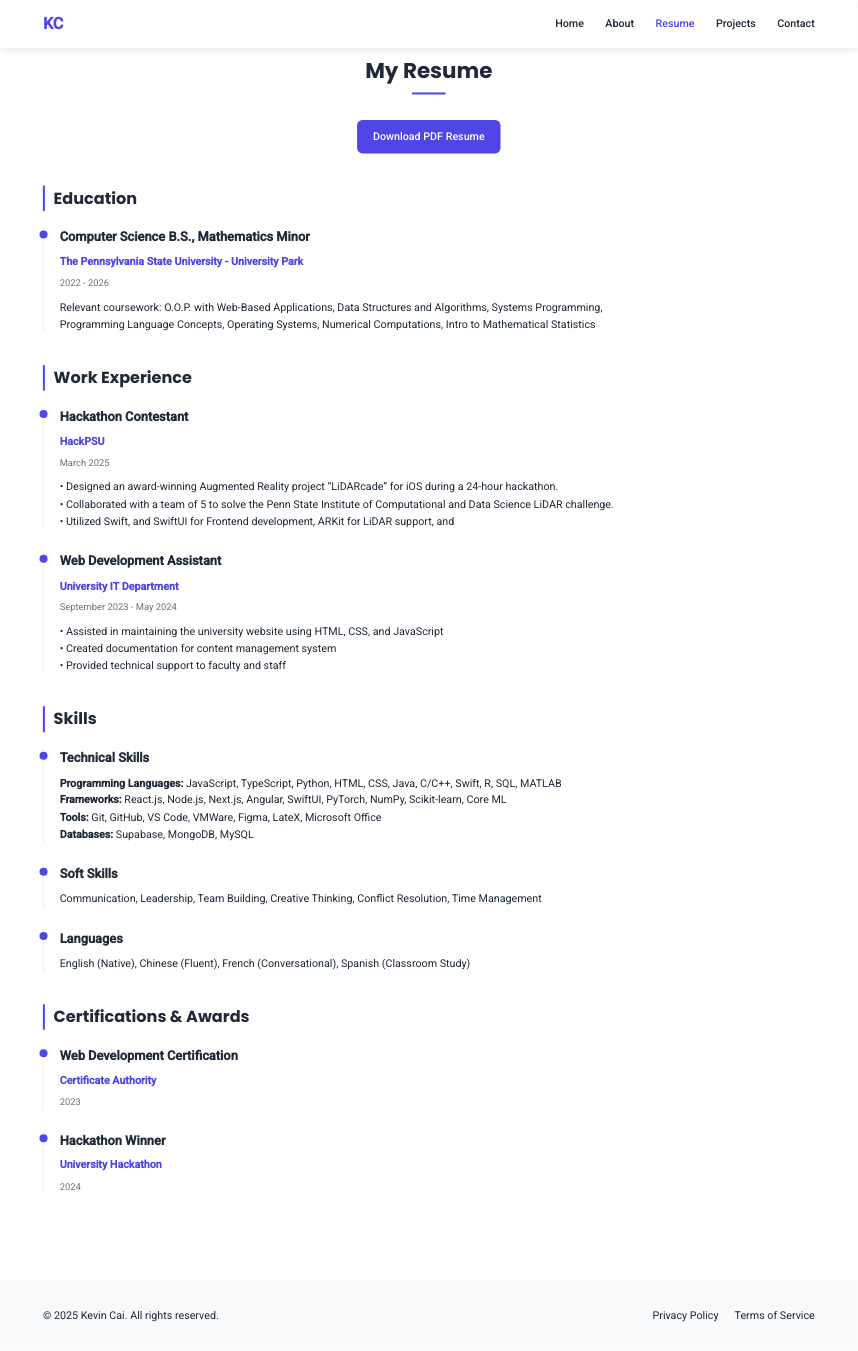
Repository: itskevbo/E-Portfolio
Page: pages/resume.html
An editor plug-in stored every save of this project. The page is shown before and after the next save, followed by the edit.
The browser window is 1280 px wide. The pictures show the whole page, at 67% of full size.

Above is the page before, as saved 2025-04-15 00:16:27.

After the next save:
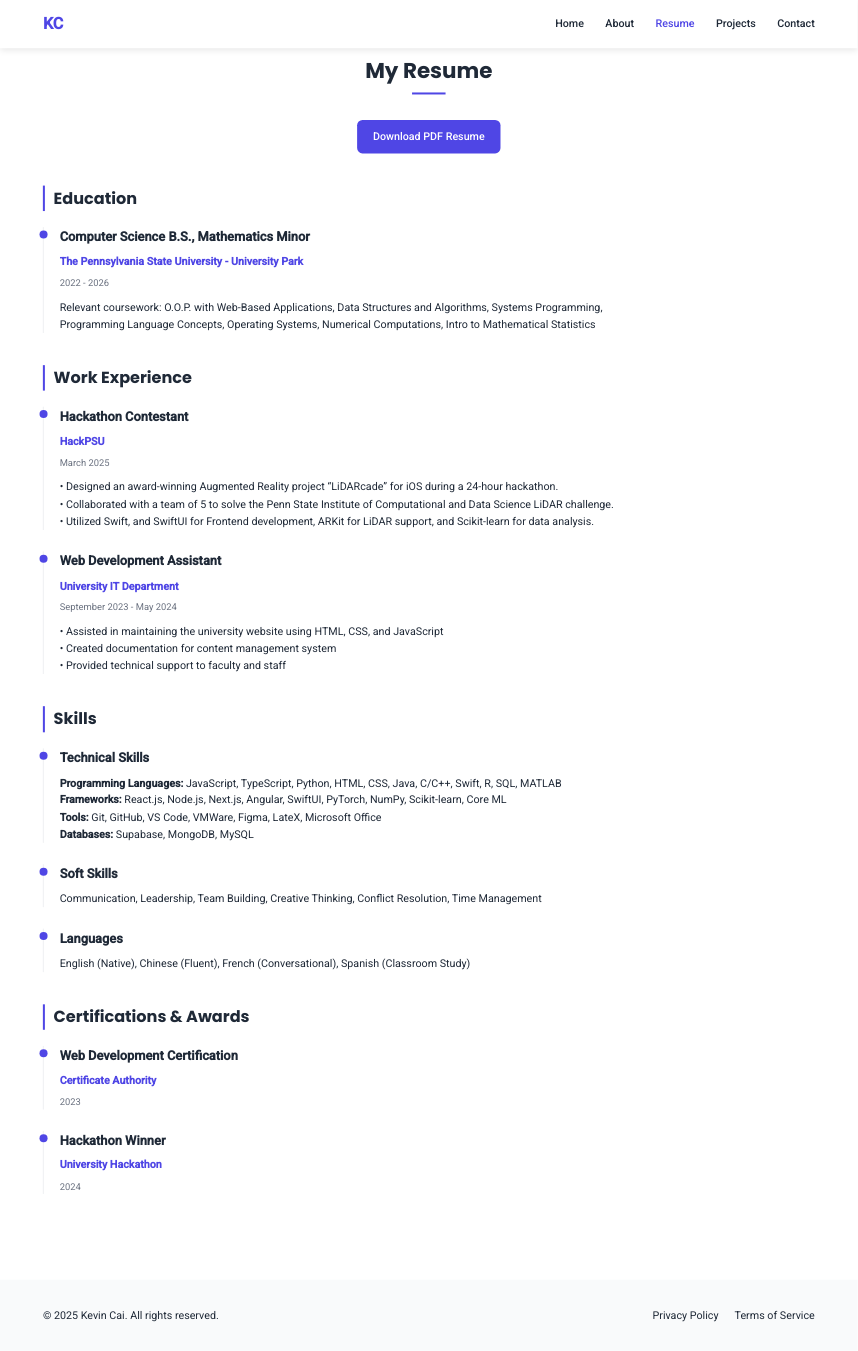
Saved 4 s later.
--- a/pages/resume.html
+++ b/pages/resume.html
@@ -147,7 +147,7 @@
                             • Designed an award-winning Augmented Reality project “LiDARcade” for iOS during a 24-hour hackathon.<br>
                             • Collaborated with a team of 5 to solve the Penn State Institute of Computational and Data Science LiDAR
                             challenge.<br>
-                            • Utilized Swift, and SwiftUI for Frontend development, ARKit for LiDAR support, and
+                            • Utilized Swift, and SwiftUI for Frontend development, ARKit for LiDAR support, and Scikit-learn for data analysis.<br>
                         </p>
                     </div>
 
